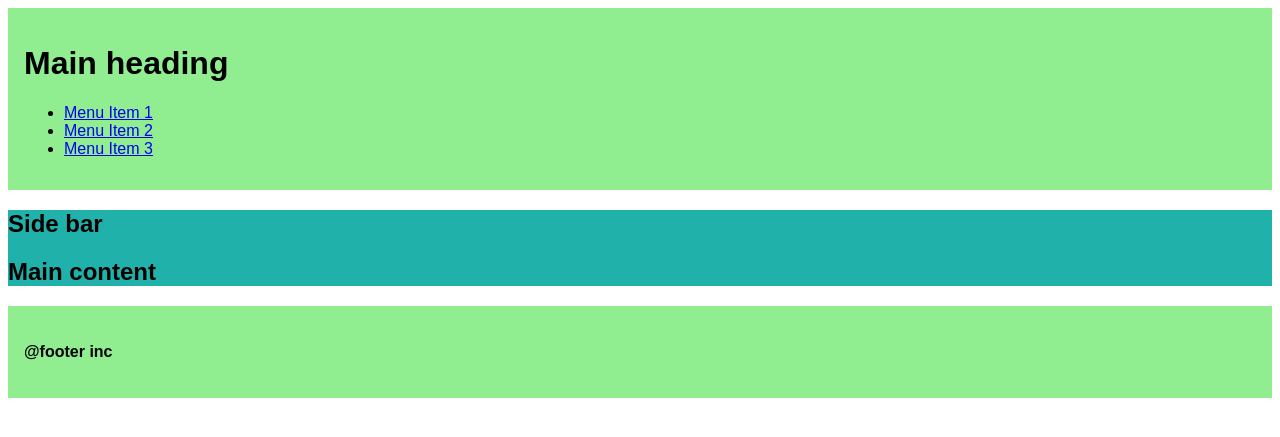
Repository: lasity34/first_layout
Page: index.html
These files come from the project's save history. The page is drawn as it stood at one moment and after the next save; the edit follows.
The browser window is 1280 px wide. The pictures show the whole page.

Above is the page before, as saved 2023-03-06 10:13:49.

After the next save:
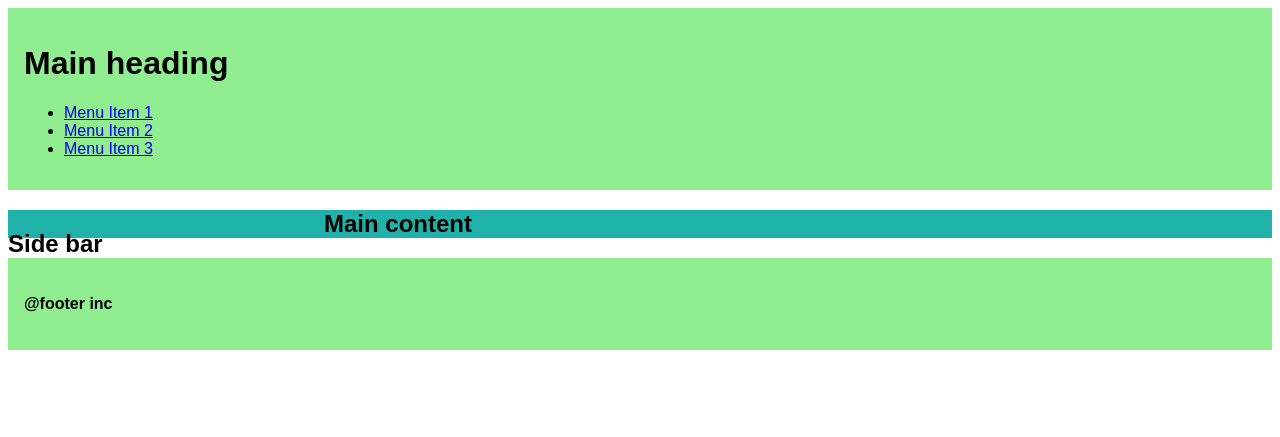
Saved 52 s later.
--- a/index.html
+++ b/index.html
@@ -23,6 +23,11 @@
             background-color: lightgreen;
             padding: 1em;
         }
+
+        .side-bar {
+            float: left;
+            width: 25%;
+        }
     </style>
 </head>
 <body>
